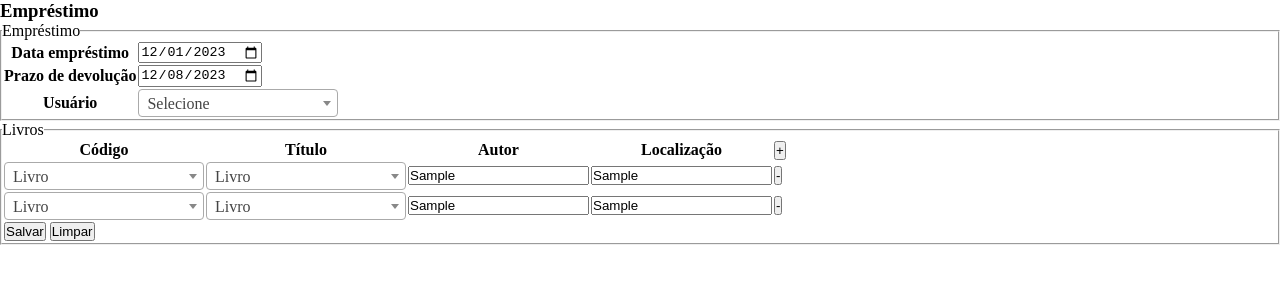
Repository: Matheus-Ghizoni/Rainbow-Library
Page: arcoiris/src/main/webapp/pages/admin/loan.html
The author's editor kept a copy of each file at every save. The page is drawn from the files as they stood at one save, then again after the next save.
The browser window is 1280 px wide. The pictures show the whole page.
Empty fields were first filled with sample values (such as "Sample", 5 or name@example.com).
After loading, the first visible `button.addBook` was clicked once.
The page's requests for data from a server got no answer. Some web libraries are served in a nearby version.

Above is the page before, as saved 2023-12-11 16:18:37.
Console error: ReferenceError: jQuery is not defined

After the next save:
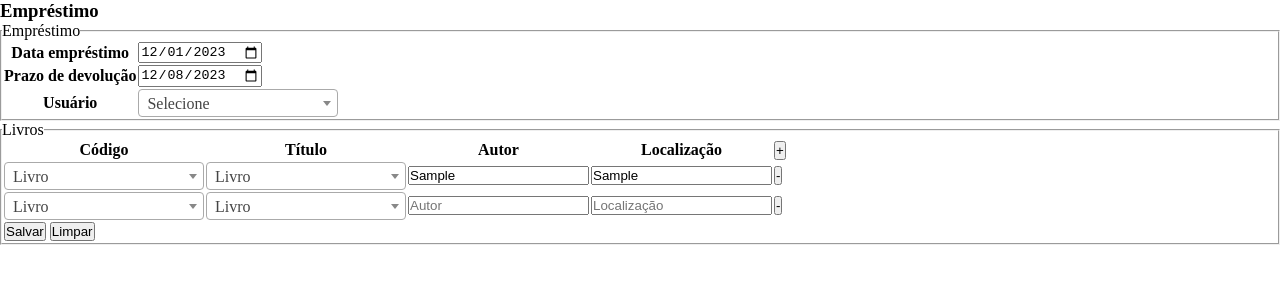
Saved 99 s later.
--- a/arcoiris/src/main/webapp/pages/admin/loan.html
+++ b/arcoiris/src/main/webapp/pages/admin/loan.html
@@ -132,7 +132,8 @@
 
 		$(".addBook").click(function () {
 			var novoCampo = $("tr.details:first").clone();
-			/*	novoCampo.find("input").val(""); */
+			novoCampo.find("input").val("");
+			novoCampo.find("select").val("");
 			novoCampo.insertAfter("tr.details:last");
 		});
 
